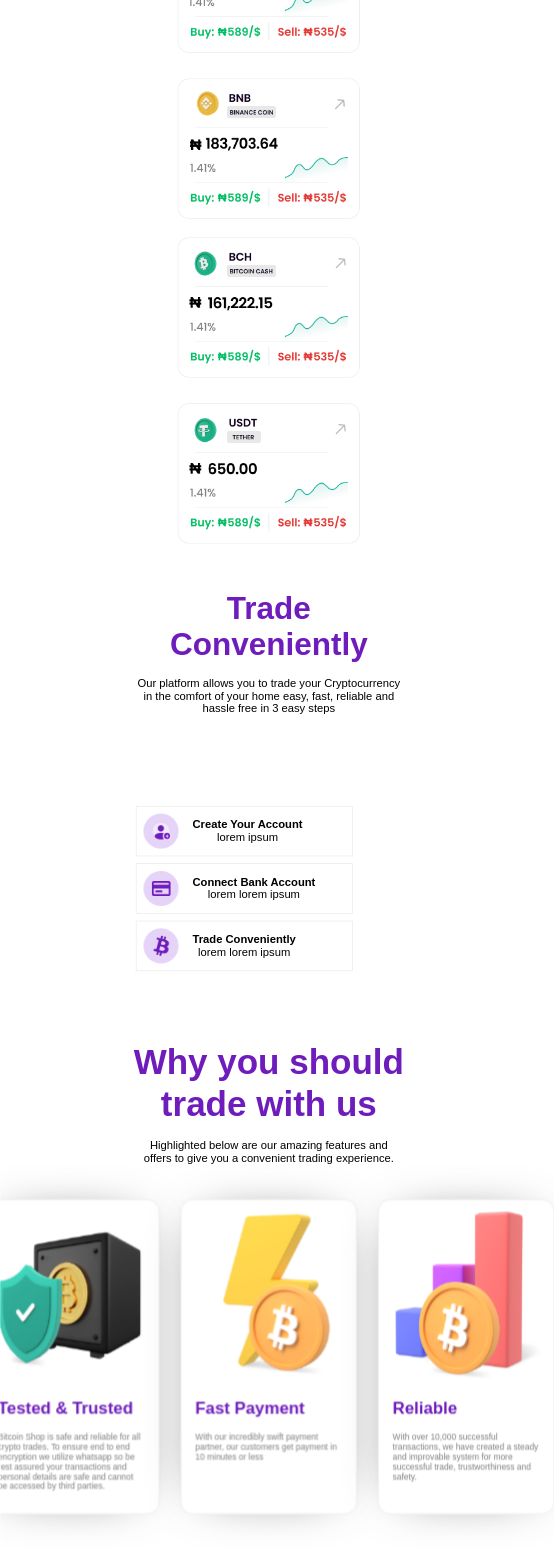
Repository: akinmiday/bitcoinshop-website
Page: /
These files come from the project's save history. The page is drawn as it stood at one moment and after the next save; the edit follows.
The browser window is 768 px wide. The page is 792 px wide, so the pictures cover 792 px, including what lies to the right of the window. The pictures show the part of the page from y = 1195 to 3435 px (the page is 4345 px tall), at 70% of full size.
The project was rebuilt for these pictures with package versions that can differ from the ones it lists, and the page was loaded fresh each time. Also part of the build but not shown: vite.config.js.

Above is the page before, as saved 2023-07-12 06:23:27.

After the next save:
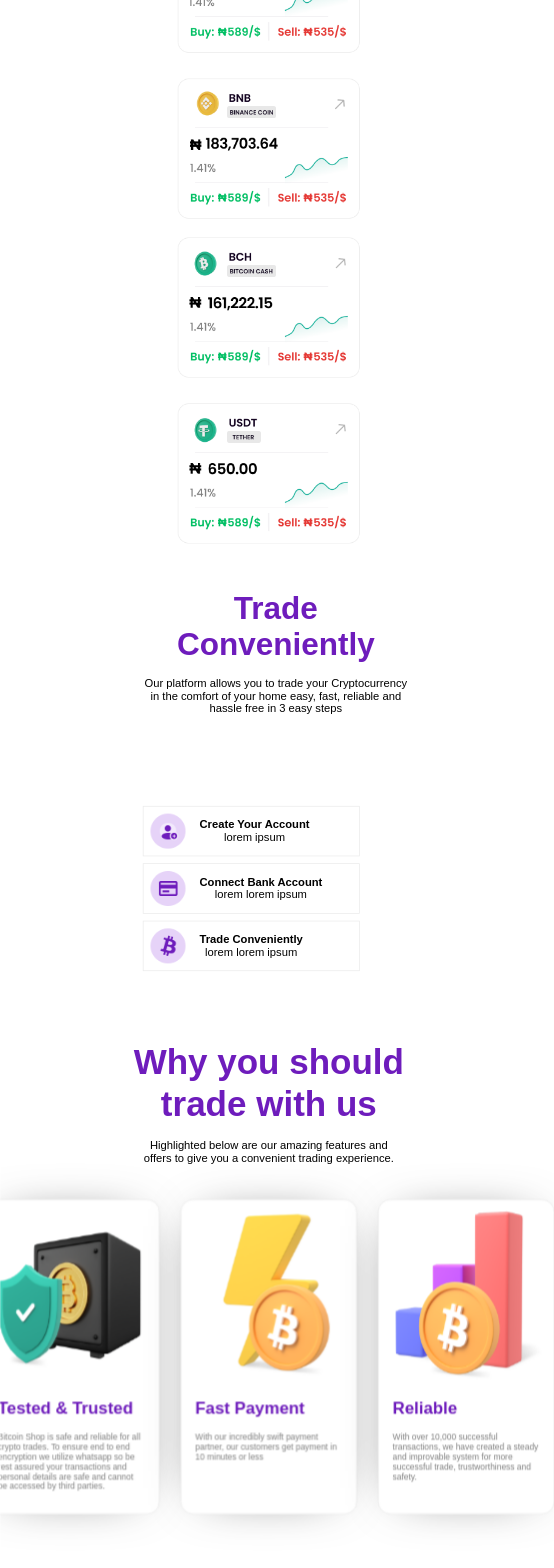
Saved 19 s later.
--- a/src/index.css
+++ b/src/index.css
@@ -454,8 +454,9 @@
 
 .trade-section{
   display: grid;
-
-}
-
-
-}
+  padding-left: 40px;
+
+}
+
+
+}
